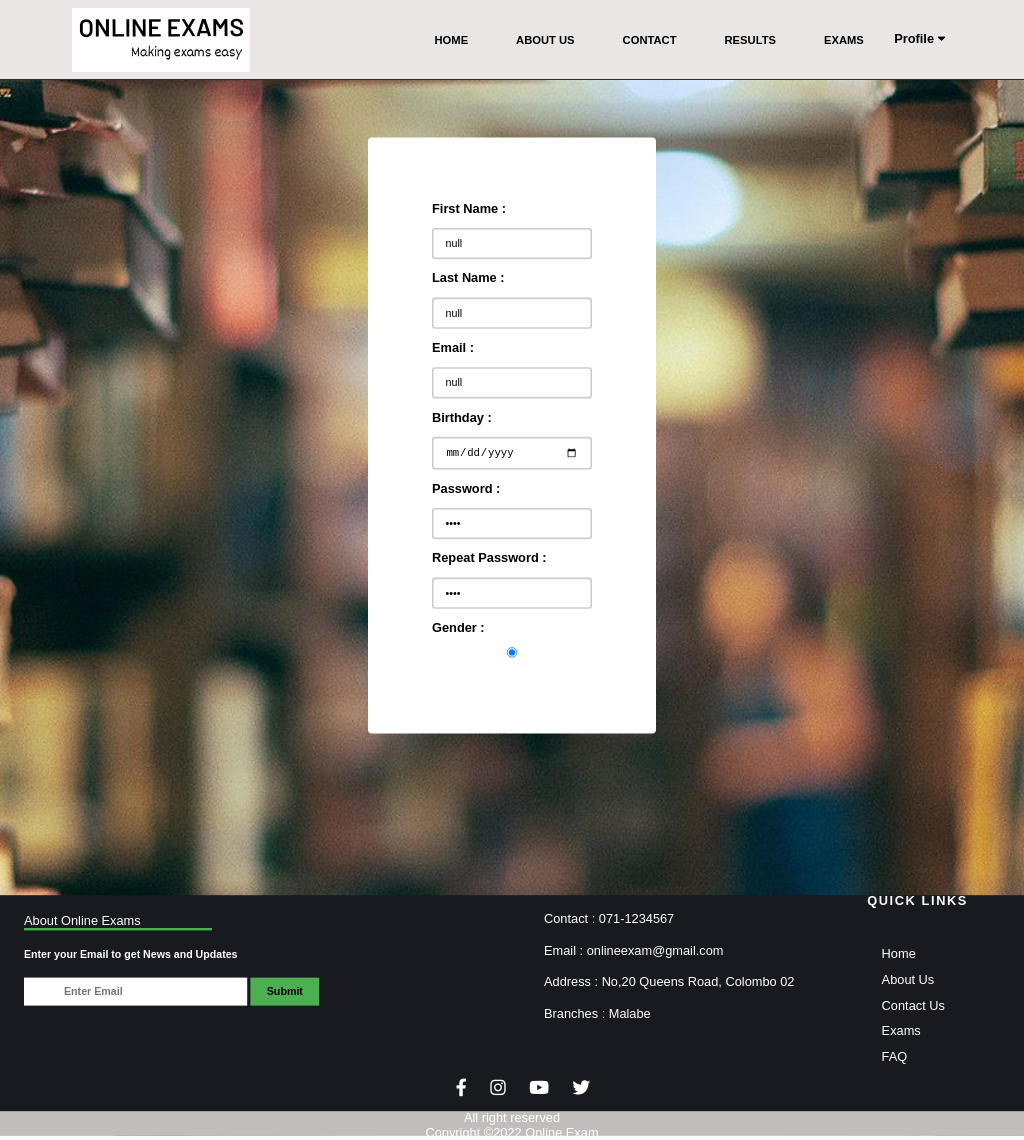
Repository: Isurinda-Shamika/online-exam
Page: http://localhost/online_exam/update_profile.jsp
The author's editor kept a copy of each file at every save. The page is drawn from the files as they stood at one save, then again after the next save.
The browser window is 1280 px wide. The pictures show the whole page, at 80% of full size.
Some web libraries are served in a nearby version. The page is served by Tomcat 9. Nobody is signed in. The application's start-up code is not run. Other server files are loaded and not shown.

Above is the page before, as saved 2022-11-09 17:06:23.

### online exam/src/main/webapp/update_profile.jsp
<%@ page language="java" contentType="text/html; charset=ISO-8859-1"
    pageEncoding="ISO-8859-1"%>
<!DOCTYPE html>
<html>
<head>

	<title>Registration Page</title>
	<link rel="stylesheet" type="text/css" href="CSS/register.css">
	<!--Bootstrap website link to get social media icons(use.fontawesome.com)-->
	<link
      rel="stylesheet"
      href="https://use.fontawesome.com/releases/v5.13.0/css/all.css"
      integrity="sha384-Bfad6CLCknfcloXFOyFnlgtENryhrpZCe29RTifKEixXQZ38WheV+i/6YWSzkz3V"
      crossorigin="anonymous"/>
	  <script src="JS/register.js"></script>
	<script src=""></script>

</head>
<body>
	<!--Header-->
	<!--Navigation Bar-->

	<nav>
		<a href="home.html"><img src="Images/logo.jpeg" class="logo"></a>
		<ul>
			<li><a href="home.html">Home</a></li>
			<li><a href="about-us.html">About Us</a></li>
			<li><a href="contact.html">Contact</a></li>
			<li><a href="results.html">Results</a></li>
			<li><a href="Exams.html">Exams</a></li>
			<div class="dropdown">
				<button class="dropbtn">Profile
				<i class="fa fa-caret-down"></i>
				</button>
				<div class="dropdown-content">
                    <a href="login.html">Sign In</a>
				</div>
			</div>
		</ul>
	</nav>
	<br>
	<br>
	<br>
	<br>
	<br>
	<br>
<div class = register_page>
	<!--Register Form-->
	<div class = form>

        <body>
            <div class="register-wrapper">
                <div class="form">
                    <form action="##" method="POST" id="reg_form">
                        <div>
                            <div class="form-group">
                                <label for="fname"><b>First Name  :</b></label>
                                <input class="form-element" type="text" id="fname" name="fname" placeholder="Your name.." autocomplete="off" value="<%=session.getAttribute("fname") %>" required>

                            </div>
                            <div class="form-group">
                                <label for="lname"><b>Last Name :</b></label>
                                <input class="form-element" type="text" id="lname" name="lname" placeholder="Your last name.."  value="<%=session.getAttribute("fname") %>" autocomplete="off" required>
                            </div>
                        </div>
                        <div>
                            <div class="form-group">
                                <label for="email"><b>Email :</b></label>
                                <input class="form-element" type="text" id="email" name="email"  value="<%=session.getAttribute("email") %>" placeholder="Your valide email.." autocomplete="off">

                            </div>
                            <div class="form-group">
                                <label for="birthday"><b>Birthday :</b></label>
                                <input class="form-element" type="date" id="birthday" name="birthday" value="<%=session.getAttribute("fname") %>" required>

                            </div>
                        </div>
                        <div>
                            <div class="form-group">
                                <label for="password"><b>Password :</b> </label>
                                <input class="form-element" type="password" id="password" name="password" placeholder="Enter your password.." value="<%=session.getAttribute("password") %>" autocomplete="off">

                            </div>
                            <div class="form-group">
                                <label for="password_repeat"><b>Repeat Password :</b></label>
                                <input class="form-element" type="password" placeholder="Confirm  Password" name="repassword" value="<%=session.getAttribute("repassword") %>" id="password_repeat" autocomplete="off">

                            </div>
                        </div>
                        <div>
                            <div class="form-group" id="radio">
                                <b>Gender :</b>
                                <input class="form-radio" type="radio" name="gender" value="<%=session.getAttribute("gender") %>" id="male"  checked>

                            </div>
                        </div>
                        <div>

                        </div>


                    </form>
                </div>
            </div>
                    </body>

        </html>
    </div>
</div>



        <!--Footer-->
        <hr class = "line-before-footer">
        <footer>
            <div class="footer_content">
                <div class="center_details">
                    <ul class="details">
                        <li>Contact : 071-1234567</li>
                        <li>Email : onlineexam@gmail.com</li>
                        <li>Address : No,20 Queens Road, Colombo 02</li>
                        <li>Branches : Malabe</li>
                    </ul>

                </div>
                <div class="left_col">
                    <h7>About Online Exams</h7>
                    <div class="border"></div>
                    <h5>Enter your Email to get News and Updates</h5>
                    <form action="" class="newsletter_form">
                        <input type="Email" class="txt" placeholder="Enter Email" name="">
                        <input type="submit" class="btnsubmit" value="Submit" name="">

                    </form>
                </div>
                <div class="footer_links">
                    <h4>Quick Links</h4>
                    <ul>
                        <li><a href="home.html">Home</a></li>
                        <li><a href="about-us.html">About Us</a></li>
                        <li><a href="contact.html">Contact Us</a></li>
                        <li><a href="exams.html">Exams</a></li>
                        <li><a href="faq.html">FAQ</a></li>
                    </ul>
                </div>
            </div>

                <div class="social">
                    <a href="https://www.facebook.com" target="_blank"><i class="fab fa-facebook-f"></i></a>
                    <a href="https://www.instagram.com" target="_blank"><i class="fab fa-instagram"></i></a>
                    <a href="https://www.youtube.com" target="_blank"><i class="fab fa-youtube"></i></a>
                    <a href="https://www.twitter.com" target="_blank"><i class="fab fa-twitter"></i></a>
                </div>
        </div>
            <div class="footer_bottom">
                <h8>All right reserved<br/>Copyright &copy;2022 Online Exam</h8>
            </div>
        </footer>
    </body>
</html>

### online exam/src/main/webapp/CSS/register.css
body{
	background-image: url("../images/book.jpg");
	height: 100%;
	background-position: center;
    background-repeat: no-repeat;
    background-size: cover;
	margin: 0;
    padding: 0;
    font-family: Arial;
    background-color: rgb(255, 255, 255);
}

p{
    color: #000000;
}
nav{
    position: absolute;
    top: 0;
    left: 0;
    width: 100%;
    height: 100px;
    padding: 10px 90px;
    box-sizing: border-box;
    background:rgb(235, 230, 230);
    border-bottom:1px solid #000000;
 z-index: 1;
}

.logo{
    width: 222px;
    cursor: pointer;
}

nav ul{
    list-style: none;
    float: right;
    margin: 0;
    padding: 0;
    display: flex;
}

nav ul li a{
    line-height: 80px;
    color: rgb(0, 0, 0);
    padding: 12px 30px;
    text-decoration: none;
    font-size: 14px;
    font-weight: bold;
    text-transform: uppercase;
}

nav ul li a:hover{
   color: #4caf50;
}

.dropdown {
 float: left;
 overflow: hidden;
}

.dropdown .dropbtn {
    font-size: 16px;
    border: none;
    outline: none;
    color: rgb(0, 0, 0);
    padding: 30px 8px 5px 8px;
    background-color: inherit;
    font-family: Arial;
    margin: 0;
    font-weight:Bold;
}

.navbar a:hover, .dropdown:hover .dropbtn {
 color: #4caf50;
}

.dropdown-content {
    display: none;
    position: absolute;
    background-color: rgb(0, 0, 0);
    min-width: 160px;
    box-shadow: 0px 8px 16px 0px rgba(0,0,0,0.2);
    z-index: 1;
}

.dropdown-content a {
 float: none;
 color: white;
 padding: 12px 25px;
 text-decoration: none;
 display: block;
 text-align: left;
}

.dropdown-content a:hover {
 background-color: #4caf50;
}

.dropdown:hover .dropdown-content {
 display: block;
}

.line-before-footer{
 background-color: transparent;
 border-color:transparent;
 margin-top: 140px;
}

.register_page{
	width: 360px;
	padding: 5%;
	margin: auto;
}

.form{
  border-radius: 5px;
  background-color: f;
  padding: 40px;
  position: relative;
  z-index: 1;
  background: #ffffff;
  max-width: 400px;
  margin: auto;
  text-align: left;
}

.form input{
  width: 100%;
  padding: 10px 15px;
  margin: 15px 0;
  display: inline-block;
  border: 2px solid #ccc;
  border-radius: 4px;
  box-sizing: border-box;
}

.btn{
  width: 100%;
  background-color: #4CAF50;
  color: white;
  padding: 20px 25px;
  margin: 20px 0;
  border: none;
  border-radius: 4px;
  cursor: pointer;
}

.btn:hover  {
  background: rgb(255, 196, 0);
}

.topic{
   font-family: "Arial", sans-serif;
   width: 100%;
   text-align: center;
   border-bottom: 1px solid #000;
   line-height: 0.1em;
   margin: 10px 0 20px;
}

.topic span {
    background:#fff;
    padding:0 10px;
}

footer{
 background: #191920;
 height: 300px;
 color: white;
 position: relative;
 margin-top: -20px;
}

.footer_bottom{
 background: rgb(194, 189, 189);
 height: 30px;
 width: 100%;
 text-align: center;
 position: absolute;
 bottom: 0px;
 left: 0px;
 padding-top: 0px;
}

.social{
 margin: 20px ;
 margin-left: 32%;
 position: absolute;
 bottom: 25px;
 left: 12.5%;
 right: 35px;
}

.social a{
 color: #fff;
 margin-right: 25px;
 font-size: 22px;
 text-decoration: none;
 transition: .3s linear;
}

.social a:hover{
 color: #2196f3;
}

.footer_links{
 float: right;
 margin-right: 50px;
 position: sticky;
}

.footer_links li{
 list-style: none;
 margin-left: 18px;

}

.footer_links a{
 text-decoration: none;
 color: white;
 line-height: 2;
}

.footer_links h4{
 letter-spacing: 2px;
 text-transform: uppercase;
 margin-top: -160px;
 margin-left: 20px;
 padding: 20px;
}

.footer_links a:hover{
 color: #4caf50;
}

.left_col{
 margin-top: -150px;
 margin-left: 30px;
}

h5{
    font-family:'Arial';
}

.center_details {
 padding-left: 240px;
}

.border{
 width: 235px;
 height: 3px;
 background: #4caf50;
}

.newletter_form{
 display: flex;
 justify-content: center;
 flex-wrap: wrap;
}

.txt{
 flex: 1;
 padding: 10px 50px;
 font-weight: 700;
 border: none;
 outline: none;
}

.btnsubmit{
 flex: 1;
 padding: 10px 20px;
 font-weight: 700;
 border: none;
 background: #4caf50;
}

.btn:hover{
 background: rgb(255, 196, 0);
}

.details li{
 list-style: none;
 margin-left: 400px;
 line-height: 1.2;
 padding-top: 20px;
}

### online exam/src/main/webapp/JS/register.js
function func(){
    alert("Registered Successfully!");
  }

After the next save:
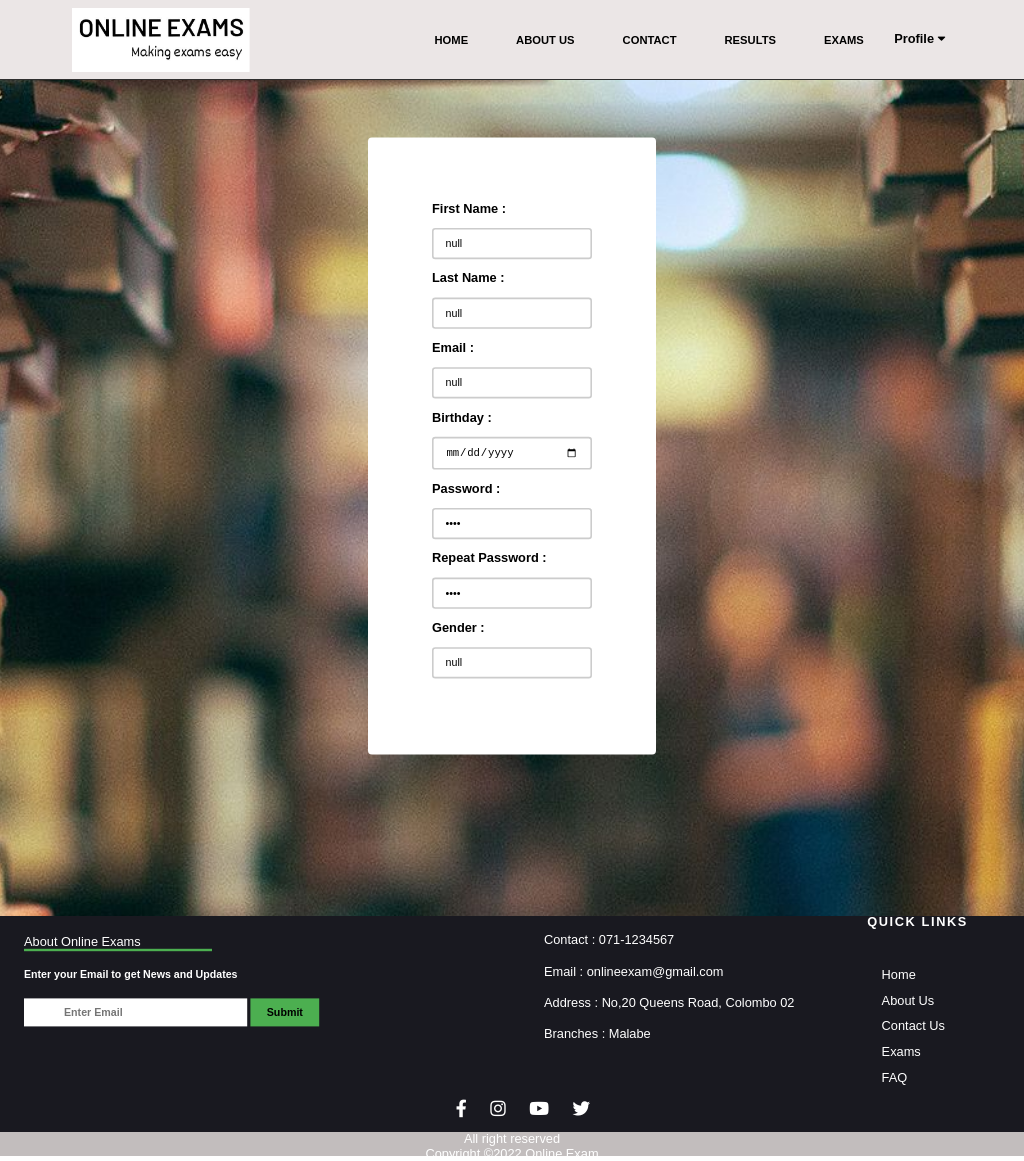
Saved 24 s later.
--- a/online exam/src/main/webapp/update_profile.jsp
+++ b/online exam/src/main/webapp/update_profile.jsp
@@ -88,9 +88,9 @@
                             </div>
                         </div>
                         <div>
-                            <div class="form-group" id="radio">
+                            <div class="form-group" >
                                 <b>Gender :</b>
-                                <input class="form-radio" type="radio" name="gender" value="<%=session.getAttribute("gender") %>" id="male"  checked>
+                                <input class="form-radio" type="text" name="gender" value="<%=session.getAttribute("gender") %>" id="male"  checked>
 
                             </div>
                         </div>
